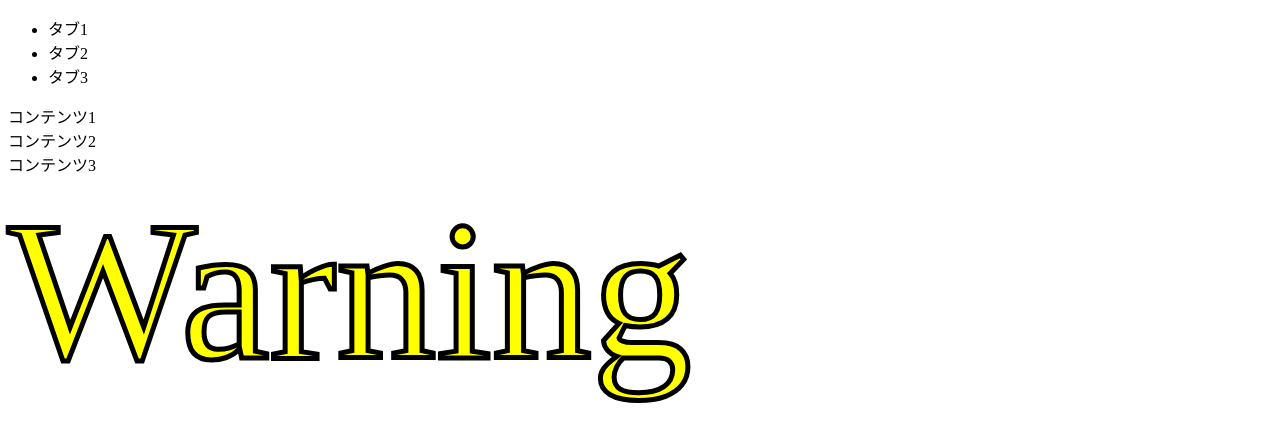
Repository: masanarimiura/20220617_miura
Page: index.html
The author's editor kept a copy of each file at every save. The page is drawn from the files as they stood at one save, then again after the next save.
The browser window is 1280 px wide. The pictures show the whole page.

Above is the page before, as saved 2022-06-17 16:53:00.

After the next save:
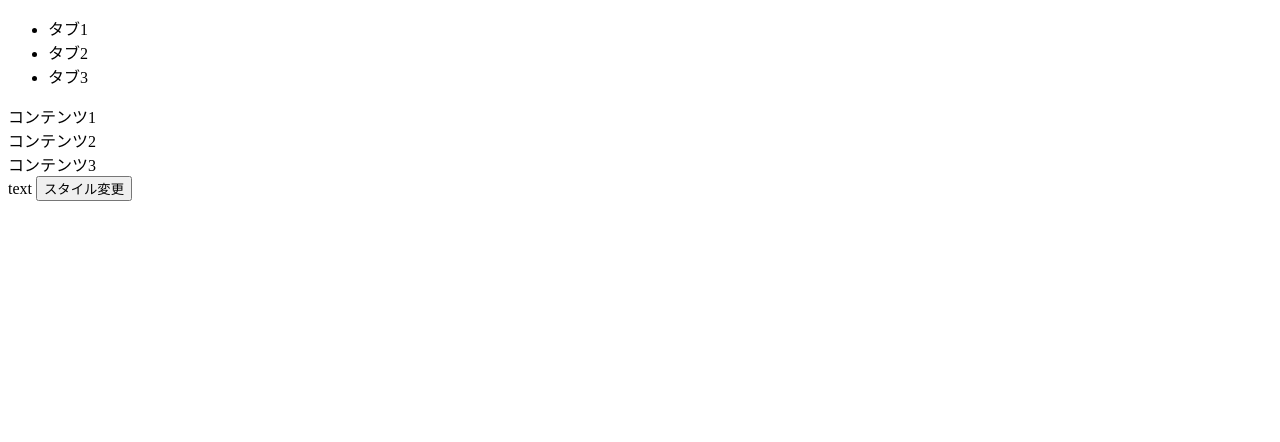
Saved 109 s later.
--- a/index.html
+++ b/index.html
@@ -25,20 +25,22 @@
   </div>
 
   <div id="app">
-    <a v-bind:style="warningText">Warning</a>
+    <a v-bind:style="fontSize">text</a>
+    <button v-on:click="changeFontSize">スタイル変更</button>
   </div>
   <script>
     const vm = new Vue({
       el: '#app',
       data() {
         return {
-          warningText: {
-            'color': 'yellow',
-            'font-size': '200px',
-            'text-stroke': '5px #000'
-          },
+          fontSize: null,
         }
       },
+      methods: {
+        changeFontSize() {
+          this.fontSize = { 'font-size': '200px' };
+        }
+      }
     });
   </script>
 
